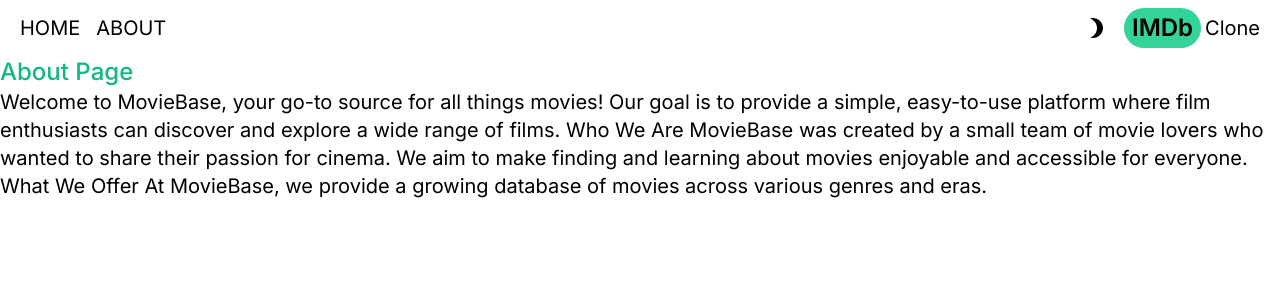
Repository: Tan28-art/Next-JS-Movie-Site
Page: /about (app in starter/)
These files come from the project's save history. The page is drawn as it stood at one moment and after a run of saves; the edit follows.
The browser window is 1280 px wide. The pictures show the whole page.
The project was rebuilt for these pictures with package versions that can differ from the ones it lists, and the page was loaded fresh each time. The framework's server and built-in components were replaced by stand-ins that run in the browser. Also part of the build but not shown: starter/next.config.mjs.

Above is the page before, as saved 2024-07-23 17:45:28.

After the next 5 saves:
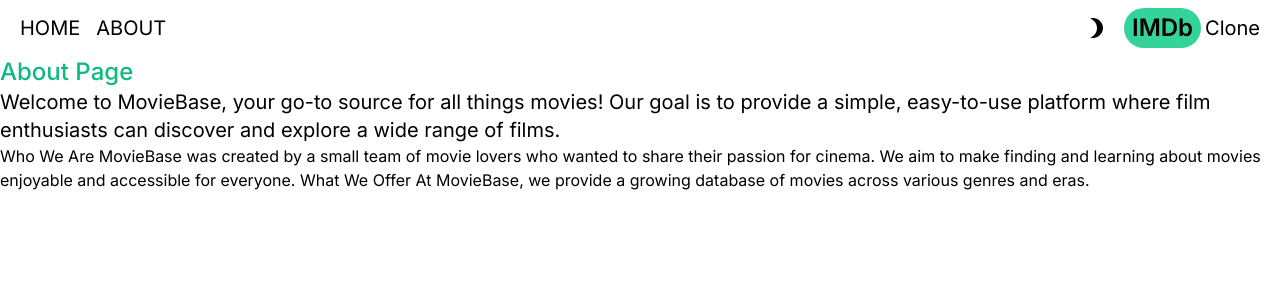
The 5 saves are shown as one change because 1 did not build or start and some came seconds apart.
The last was saved 26 s later.
--- a/starter/app/about/page.tsx
+++ b/starter/app/about/page.tsx
@@ -4,11 +4,9 @@
   return (
     <div>
       <h1 className = "text-2xl font-medium text-emerald-500">About Page</h1>
-      <p className = "text-xl">Welcome to MovieBase, your go-to source for all things movies! Our goal is to provide a simple, easy-to-use platform where film enthusiasts can discover and explore a wide range of films.
-
-Who We Are
+      <p className = "text-xl">Welcome to MovieBase, your go-to source for all things movies! Our goal is to provide a simple, easy-to-use platform where film enthusiasts can discover and explore a wide range of films.</p>
+<p>Who We Are
 MovieBase was created by a small team of movie lovers who wanted to share their passion for cinema. We aim to make finding and learning about movies enjoyable and accessible for everyone.
-
 What We Offer
 At MovieBase, we provide a growing database of movies across various genres and eras. </p>
     </div>
